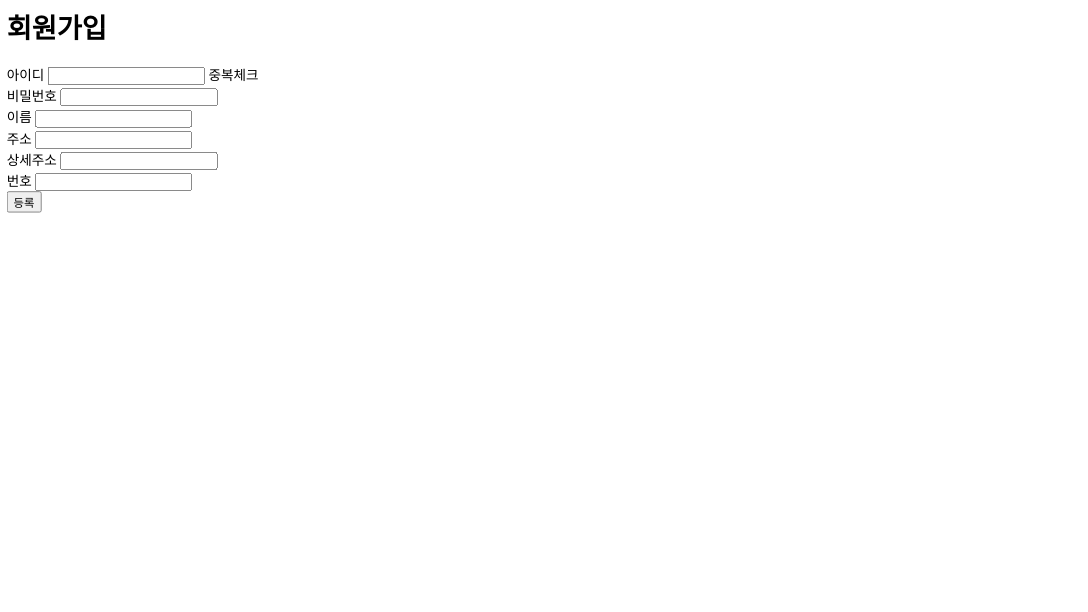
Repository: haegoal/web
Page: http://localhost/shop/user/insert.jsp
The author's editor kept a copy of each file at every save. The page is drawn from the files as they stood at one save, then again after the next save.
The browser window is 1280 px wide. The pictures show the whole page, at 85% of full size.
The page is served by Tomcat 9.

Above is the page before, as saved 2023-08-09 05:02:46.
Console error: ReferenceError: $ is not defined

After the next save:
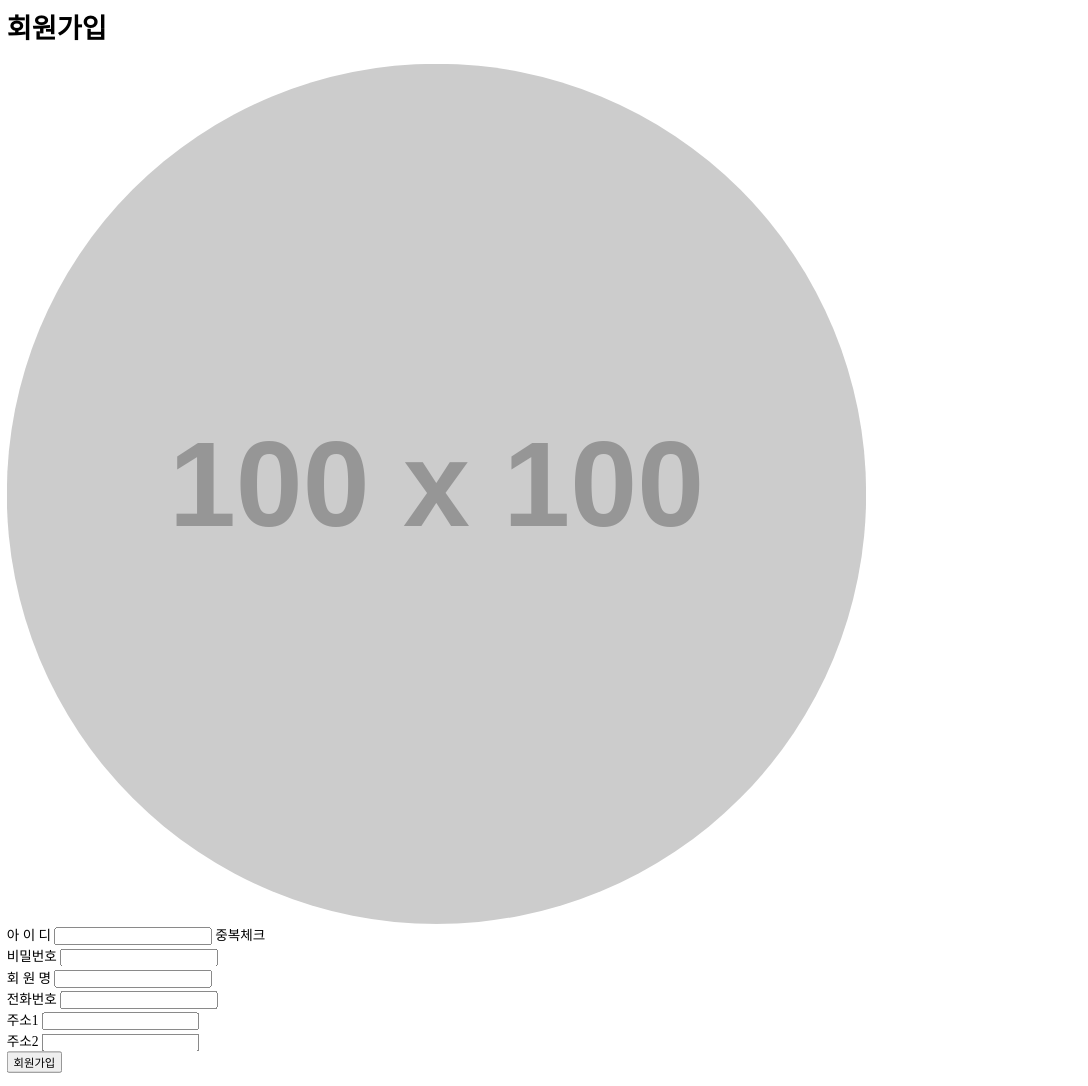
Saved 65 s later.
--- a/shop/src/main/webapp/user/insert.jsp
+++ b/shop/src/main/webapp/user/insert.jsp
@@ -1,83 +1,90 @@
-<%@ page language="java" contentType="text/html; charset=UTF-8"
-    pageEncoding="UTF-8"%>
-<div class="row">
+<%@ page language="java" contentType="text/html; charset=UTF-8" pageEncoding="UTF-8"%>
+<style>
+	span{
+		width: 150px;
+		justify-content: center;
+	}
+	#image {
+		border-radius:50%;
+	}
+</style>
+<div class="row my-5">
 	<div class="col">
-		<h1 class="text-center">회원가입</h1>
-				<form name="frm" class="card p-3">
-				<div class="row">
-					<div class="input-group">
-						<span class="input-group-text">아이디</span>
-						<input class="form-control" name="uid">
+		<h1 class="text-center mb-5">회원가입</h1>
+		<form name="frm" class="card p-3">
+			<div class="row">
+				<div class="col-md-3 mb-3 text-center">
+					<img src="http://via.placeholder.com/100x100" width="80%" id="image">
+				</div>
+				<div class="col">
+					<div class="input-group mb-3">
+						<span class="input-group-text">아 이 디</span>
+						<input name="uid" class="form-control">
 						<a class="btn btn-primary" id="btn-check">중복체크</a>
 					</div>
-					<div class="input-group">
+					<div class="input-group mb-3">
 						<span class="input-group-text">비밀번호</span>
-						<input class="form-control" type="password" name="upass">
+						<input name="upass" type="password" class="form-control">
 					</div>
-					<div class="input-group">
-						<span class="input-group-text">이름</span>
-						<input class="form-control" name="uname">
+					<div class="input-group mb-3">
+						<span class="input-group-text">회 원 명</span>
+						<input name="uname" class="form-control">
 					</div>
-					<div class="input-group">
-						<span class="input-group-text">주소</span>
-						<input class="form-control" name="address1">
-					</div>
-					<div class="input-group">
-						<span class="input-group-text">상세주소</span>
-						<input class="form-control" name="address2">
-					</div>
-					<div class="input-group">
-						<span class="input-group-text">번호</span>
-						<input class="form-control" name="phone">
-					</div>
-					<div class="text-center">
-						<button class="btn btn-primary">등록</button>
-					</div>
-					</div>
-				</form>
-
+				</div>
+			</div>
+			<div class="input-group mb-3">
+				<span class="input-group-text">전화번호</span>
+				<input name="phone" class="form-control">
+			</div>
+			<div class="input-group mb-3">
+				<span class="input-group-text">주소1</span>
+				<input name="address1" class="form-control">
+			</div>
+			<div class="input-group mb-3">
+				<span class="input-group-text">주소2</span>
+				<input name="address2" class="form-control">
+			</div>
+			<div class="text-center">
+				<button class="btn btn-primary px-5">회원가입</button>
+			</div>
+		</form>
 	</div>
 </div>
 <script>
 	let check=false;
-
 	$(frm).on("submit", function(e){
 		e.preventDefault();
-		const uid = $(frm.uid).val();
-		const upass = $(frm.upass).val();
-		const uname = $(frm.uname).val();
-
+		const uid=$(frm.uid).val();
 		if(uid==""){
-			alert("아이디입력바람")
+			alert("아이디를 입력하세요!");
 			$(frm.uid).focus();
 		}else if(check==false){
-			alert("중복체크해주세요.")
+			alert("아이디 중복 체크해주세요!");
 		}
 	});
 
 	$("#btn-check").on("click", function(){
-		const uid = $(frm.uid).val();
-		if(uid==""){
-			alert("아이디입력바람")
-			$(frm.uid).focus();
-		}else{
+		const uid=$(frm.uid).val();
+		if(uid=="") {
+			alert("아이디를 입력하세요!");
+		}else {
 			$.ajax({
 				type:"post",
 				url:"/user/login",
-				data:{uid:uid, pass:""},
+				data:{uid:$(frm.uid).val(), pass:""},
 				success:function(data){
-					if(data==0){
-						alert("사용가능한 아이디입니다.")
+					if(data==0) {
+						alert("사용가능한 아이디입니다.!");
 						check=true;
 					}else{
-						alert("중복된 아이디입니다.")
+						alert("이미사용중인 아이디입니다!");
 					}
 				}
-			})
+			});
 		}
+	});
 
-	});
 	$(frm.uid).on("change", function(){
 		check=false;
-	})
+	});
 </script>
